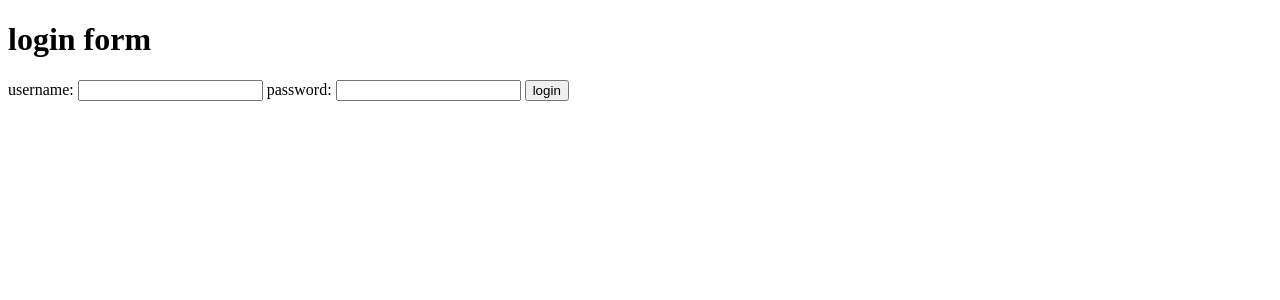
Repository: adit22747/java
Page: http://localhost/jsp-example/login.jsp
These files come from the project's save history. The page is drawn as it stood at one moment and after the next save; the edit follows.
The browser window is 1280 px wide. The pictures show the whole page.
The page is served by Tomcat 9.

Above is the page before, as saved 2021-02-03 05:10:47.

### advance_java/programs/jsp-example/src/main/webapp/login.jsp
<%@ page language="java" contentType="text/html; charset=ISO-8859-1"
	pageEncoding="ISO-8859-1"%>

<%@ taglib uri="http://java.sun.com/jsp/jstl/core" prefix="c" %>

<!DOCTYPE html>
<html>
<head>
<meta charset="ISO-8859-1">
<title>Insert title here</title>
</head>
<body>
	<h1>login form</h1>

	<%-- <%
	Cookie cookie = new Cookie("address","pune");
	response.addCookie(cookie);
	%>  --%>
	<form action="authenticate.jsp" method="post">
		username: <input type="text" name="username"> password: <input
			type="password" name="password"> <input type="submit"
			name="submit" value="login">
	</form>

</body>
</html>

After the next save:
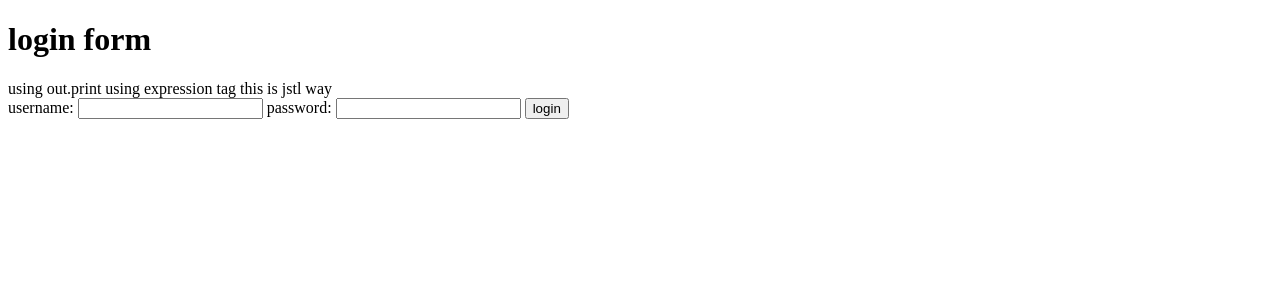
Saved 65 s later.
--- a/advance_java/programs/jsp-example/src/main/webapp/login.jsp
+++ b/advance_java/programs/jsp-example/src/main/webapp/login.jsp
@@ -12,6 +12,12 @@
 <body>
 	<h1>login form</h1>
 
+	<% out.print("using out.print"); %>
+
+	<%= "using expression tag" %>
+
+	<c:out value="this is jstl way"></c:out>
+
 	<%-- <%
 	Cookie cookie = new Cookie("address","pune");
 	response.addCookie(cookie);
